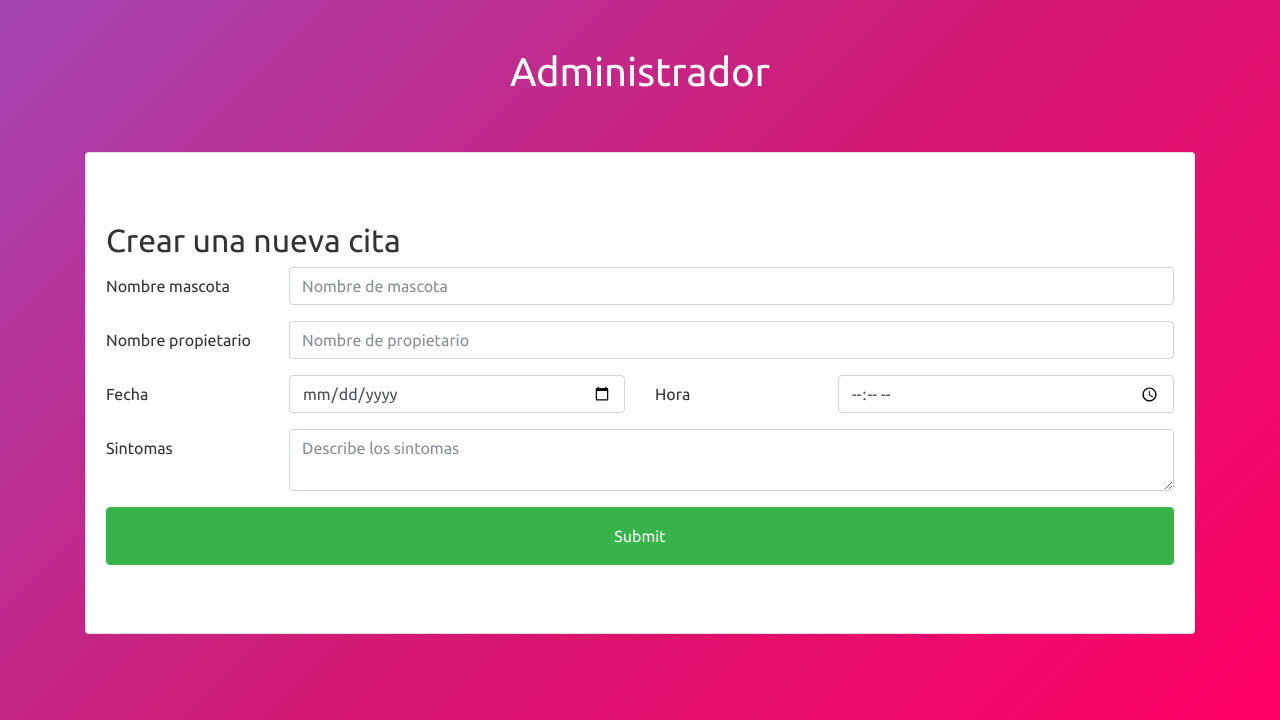
Repository: harrycampaz/react-veterinario-form
Page: /
The author's editor kept a copy of each file at every save. The page is drawn from the files as they stood at one save, then again after the next save.
The browser window is 1280 px wide. The pictures show the whole page.
The project was rebuilt for these pictures with package versions that can differ from the ones it lists, and the page was loaded fresh each time.

Above is the page before, as saved 2020-01-16 14:27:28.

After the next save:
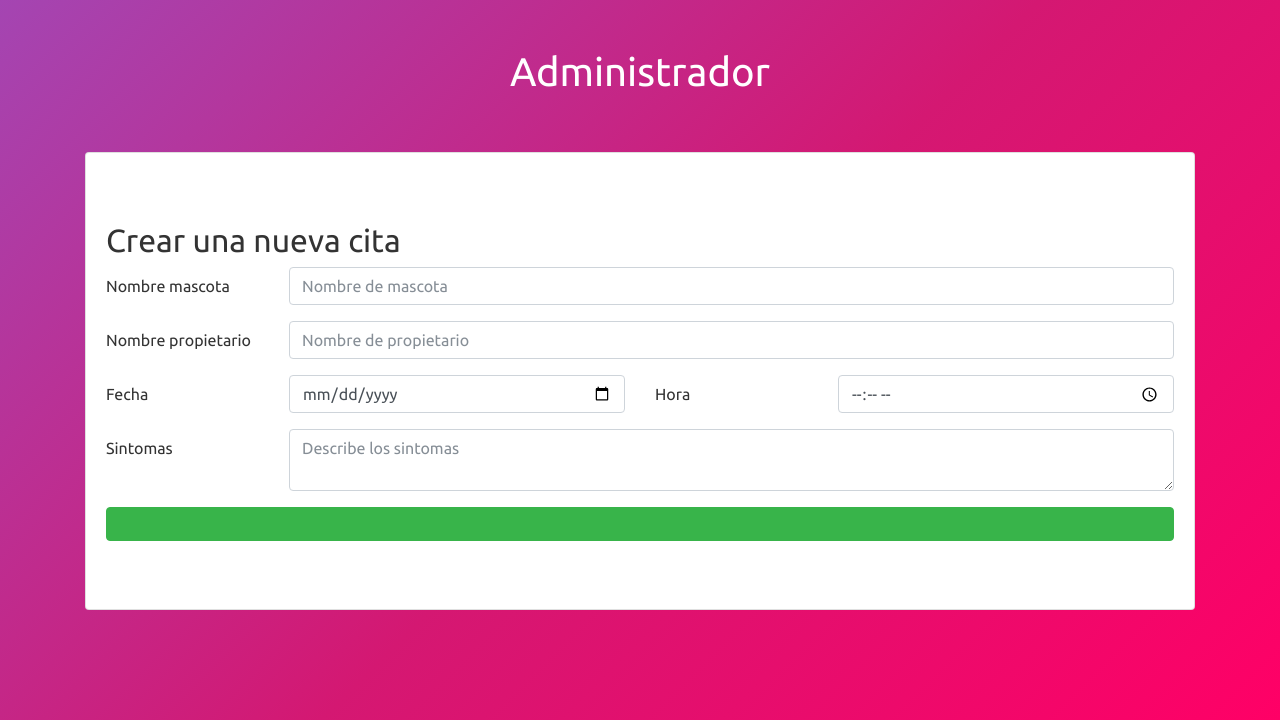
Saved 5 s later.
--- a/src/components/layout/NuevaCita.js
+++ b/src/components/layout/NuevaCita.js
@@ -84,7 +84,7 @@
             </div>
           </div>
 
-          <button type="submit" className=" py-3 mt-2 btn btn-success btn-block" value="Agregar cita">Submit</button>
+          <button type="submit" className=" py-3 mt-2 btn btn-success btn-block" value="Agregar cita"></button>
         </form>
       </div>
       </div>

After the save that followed:
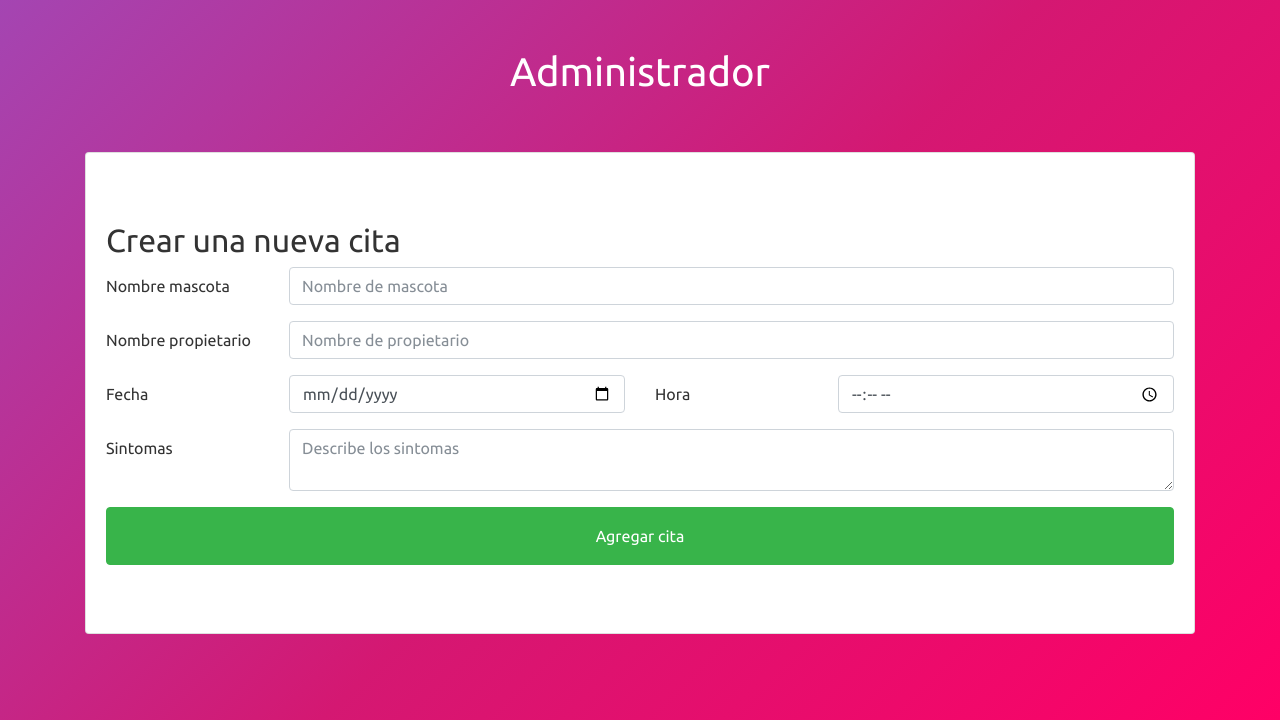
Saved 28 s later.
--- a/src/components/layout/NuevaCita.js
+++ b/src/components/layout/NuevaCita.js
@@ -84,7 +84,7 @@
             </div>
           </div>
 
-          <button type="submit" className=" py-3 mt-2 btn btn-success btn-block" value="Agregar cita"></button>
+          <input type="submit" className=" py-3 mt-2 btn btn-success btn-block" value="Agregar cita"/>
         </form>
       </div>
       </div>
